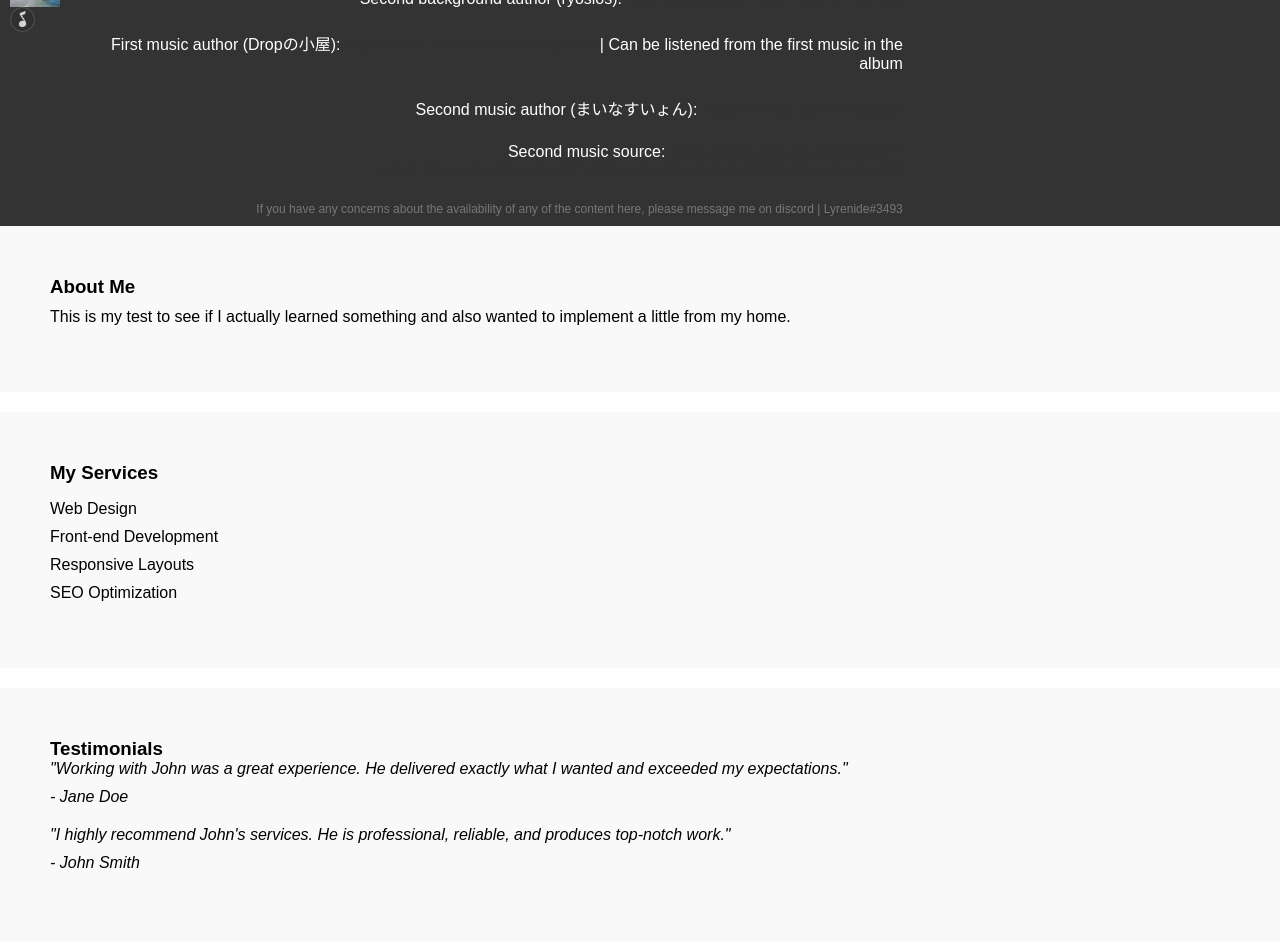
Repository: HeliosAI9/First-test-website
Page: mywebsite/index.html
The author's editor kept a copy of each file at every save. The page is drawn from the files as they stood at one save, then again after the next save.
The browser window is 1280 px wide. The pictures show the part of the page from y = 1156 to 2108 px (the page is 2392 px tall before and 2144 px after).
A picture or video elsewhere on the page could not be fetched, so the positions and the page height are approximate.

Above is the page before, as saved 2023-07-03 20:30:11.
Console error: TypeError: Cannot read properties of null (reading 'addEventListener')

### mywebsite/index.html
<!DOCTYPE html>
<html lang="en">
<head>
  <meta charset="UTF-8">
  <meta http-equiv="X-UA-Compatible" content="IE=edge">
  <meta name="viewport" content="width=device-width, initial-scale=1.0">
  <title>Your Website Title</title>
  <link rel="stylesheet" href="style.css">
  <script src="first.js"></script>
</head>
<body>
  <section class="hero">
    <h1 class="hero-title">Puerto Rico Website</h1>
    <p class="hero-subtitle">Discover the Best of Web Development</p>
    <a href="#" class="hero-button">Get Started</a>
  </section>

  <div class="backgroundContainer">
    <video id="background" autoplay loop>
        <source src="resources/pexels-deeana-arts-14620689 (1440p).mp4" type="video/mp4">
    </video>

    <audio id="backgroundMusic" class="bgm" src="resources/touhouBackgroundMusicMixed.mp3" loop onclick="audioController()"></audio>
  </div>

  <div class="headerBar">
    <div class="leftBarContainer">
        <a class="logoContainer" href=".">
          <div class="logoHakurei">
            Viequez
          </div>
          <div class="logoImageContainer">
            <img class="logoImage" src="resources/pexels-jo-kassis-4633495.jpg" alt="Logo">
          </div>
        </a>
        <img id="audioController" src="resources/audioControllerOn.png" onclick="audioController(); imageChange();" />
    </div>
    <div class="sourceContainer">
      <button class="link" onclick="showOrHide()">Sources</button>
      <div class="dropdownContent">
        <div class="aboutCopyright">
          aboutCopyright
        </div>
      </div>
      <br>
      <div class="sourceC">First background author (MerlimAmbrosuis): <a class="sourcesLink" href="https://www.pixiv.net/en/users/25088958/illustrations" target="_blank">https://www.pixiv.net/en/users/25088958/illustrations</a></div>
      <br>
      <div class="sourceC">First background source: <a class="sourcesLink" href="https://www.youtube.com/watch?v=7zG87aNNf20&list=PL_mGxmgVfH1ORtai56pXbkWdlfRjcl1K2&index=21" target="_blank">https://www.youtube.com/watch?v=7zG87aNNf20&list=PL_mGxmgVfH1ORtai56pXbkWdlfRjcl1K2&index=21</a> | Channel that primarily uploads open source animated backgrounds</div>
      <br>
      <div class="sourceC">"Reimu be sweepin" author (ryosios): <a class="sourcesLink" href="https://www.pixiv.net/en/users/1508165" target="_blank">https://www.pixiv.net/en/users/1508165</a> | His art can be used if it isn't for commercial purposes and is credited appropriately.</div>
      <br>
      <div class="sourceC">Second background author (ryosios): <a class="sourcesLink" href="https://www.pixiv.net/en/users/1508165" target="_blank">https://www.pixiv.net/en/users/1508165</a></div>
      <br>
      <div class="sourceC">First music author (Dropの小屋): <a class="sourcesLink" href="https://www.muxiv.net/artist/159840" target="_blank">https://www.muxiv.net/artist/159840</a> | Can be listened from the first music in the album</div>
      <br>
      <div class="sourceC">Second music author (まいなすいょん): <a class="sourcesLink" href="https://twitter.com/minusiyon" target="_blank">https://twitter.com/minusiyon</a></div>
      <br>
      <div class="sourceC">Second music source: <a class="sourcesLink" href="https://www.youtube.com/watch?v=kUH6dLxa4xo&list=PLzjkiYUjXueukuu7iUy5lPCueWz8a7Tpg&index=23" target="_blank">https://www.youtube.com/watch?v=kUH6dLxa4xo&list=PLzjkiYUjXueukuu7iUy5lPCueWz8a7Tpg&index=23</a></div>
      <br>
      <div class="dm">If you have any concerns about the availability of any of the content here, please message me on discord | Lyrenide#3493</div>
    </div>
    <div class="rightBarContainer">
      <div class="rightBarStuff">
        <a class="pexels-caleb-oquendo-2927993" href="#">About</a>
        <img class="pexels-cristian-13554463" src="resources/audioControllerOn.png">
        <a class="pexels-deeana-arts-14620689" href="#">Characters</a>
        <img class="pexels-jo-kassis-4633495" src="resources/pexels-jo-kassis-4633495.jpg">
        <a class="pexels-diego-f-parra-15305871" href="#">FAQ</a>
        <img class="pexels-caleb-oquendo-3010317" src="resources/pexels-samuel-sweet-6269765.jpg">
        <a class="produces" href="#">Contact</a>
        <div class="please">
          <div class="pexels-samuel-sweet-6269765"></div>
        </div>
      </div>
    </div>
  </div>

  <div class="layer1">
    <h3>About Me</h3>
    <p>This is my test to see if I actually learned something and also wanted to implement a little from my home.</p>
  </div>

  <div class="layer2">
    <h3>My Services</h3>
    <ul>
      <li>Web Design</li>
      <li>Front-end Development</li>
      <li>Responsive Layouts</li>
      <li>SEO Optimization</li>
    </ul>
  </div>

  <div class="layer3">
    <h3>Testimonials</h3>
    <div class="testimonial">
      <p>"Working with John was a great experience. He delivered exactly what I wanted and exceeded my expectations."</p>
      <p>- Jane Doe</p>
    </div>
    <div class="testimonial">
      <p>"I highly recommend John's services. He is professional, reliable, and produces top-notch work."</p>
      <p>- John Smith</p>
    </div>
  </div>

  <div class="layer4">
    <h3>Contact Me</h3>
    <form>
      <label for="name">Name:</label>
      <input type="text" id="name" name="name" required>

      <label for="email">Email:</label>
      <input type="email" id="email" name="email" required>

      <label for="message">Message:</label>
      <textarea id="message" name="message" required></textarea>

      <button type="submit">Send Message</button>
    </form>
  </div>

  <div class="footerLayer">
    <p>&copy; 2023 My Website. All rights reserved.</p>
  </div>

  <script src="first.js"></script>
</body>
</html>

### mywebsite/style.css
/* Global Styles */

body {
  margin: 0;
  padding: 0;
  font-family: Arial, sans-serif;
}

.container {
  max-width: 1200px;
  margin: 0 auto;
  padding: 20px;
}

/* Header Section */

.hero {
  background-color: #333;
  color: #fff;
  text-align: center;
  padding: 50px 0;
}

.hero-title {
  font-size: 48px;
  margin: 0;
}

.hero-subtitle {
  font-size: 24px;
  margin: 20px 0;
}

.hero-button {
  display: inline-block;
  padding: 10px 20px;
  background-color: #fff;
  color: #333;
  text-decoration: none;
  font-weight: bold;
  border-radius: 5px;
}

/* Background Video */

.backgroundContainer {
  position: relative;
}

#background {
  width: 100%;
  height: auto;
}

.bgm {
  position: absolute;
  top: 10px;
  right: 10px;
  cursor: pointer;
}

/* Header Bar */

.headerBar {
  background-color: #333;
  color: #fff;
  padding: 10px;
  display: flex;
  align-items: center;
  justify-content: space-between;
}

.logocontainer {
  display: flex;
  align-items: center;
  text-decoration: none;
  color: #fff;
}

.logoImageContainer {
  width: 50px;
  height: 50px;
  overflow: hidden;
  margin-right: 10px;
}

.logoImage {
  width: 100%;
  height: auto;
}

#audioController {
  width: 25px;
  height: 25px;
  cursor: pointer;
}

.sourceContainer {
  text-align: right;
  margin-right: 10px;
}

.link {
  background-color: transparent;
  border: none;
  color: #fff;
  cursor: pointer;
}

.dropdowncontent {
  display: none;
  position: absolute;
  background-color: #f9f9f9;
  min-width: 150px;
  padding: 10px;
  z-index: 1;
}

.sourceC {
  margin-bottom: 5px;
}

.sourcesLink {
  color: #333;
  text-decoration: none;
}

.dm {
  font-size: 12px;
  color: #777;
}

/* Right Bar */

.rightBarContainer {
  display: flex;
  align-items: center;
}

.rightBarStuff {
  display: flex;
  align-items: center;
  margin-right: 10px;
}

.pexels-caleb-oquendo-2927993,
.pexels-deeana-arts-14620689,
.pexels-diego-f-parra-15305871,
.produces {
  margin-right: 10px;
  color: #fff;
  text-decoration: none;
}

.pexels-cristian-13554463,
.pexels-jo-kassis-4633495,
.pexels-caleb-oquendo-3010317,
.pexels-samuel-sweet-6269765 {
  width: 25px;
  height: 25px;
}

/* Main Content Sections */

.layer1,
.layer2,
.layer3,
.layer4 {
  background-color: #f9f9f9;
  padding: 50px;
  margin-bottom: 20px;
}

h3 {
  margin: 0;
}

.layer1 p {
  margin-top: 10px;
}

.layer2 ul {
  list-style-type: none;
  padding: 0;
}

.layer2 li {
  margin-bottom: 10px;
}

.testimonial {
  margin-bottom: 20px;
}

.testimonial p {
  font-style: italic;
  margin: 0;
}

.testimonial p:last-child {
  margin-top: 10px;
}

/* Footer Section */

.footerLayer {
  background-color: #333;
  color: #fff;
  text-align: center;
  padding: 20px;
}

### mywebsite/first.js
const audio = document.getElementById("backgroundMusic");

const audioQuery = document.querySelector("audio");
window.addEventListener("DOMContentLoaded", event => {
  audioQuery.volume = 1;
  audioQuery.play();
});

function audioController() {
  if (!audio.paused) {
    audio.pause();
  } else {
    audio.play();
  }
}

let imageTracker = "i";
function imageChange() {
  const image = document.getElementById("audioController");

  if (imageTracker === "i") {
    image.src = "resources/audioControllerOff.png";
    imageTracker = "I";
  } else {
    image.src = "resources/audioControllerOn.png";
    imageTracker = "i";
  }
}

const menuBtn = document.querySelector('.menuHamburger');
let menuOpen = false;
menuBtn.addEventListener('click', () => {
  if (!menuOpen) {
    menuBtn.classList.add('open');
    menuOpen = true;
  } else {
    menuBtn.classList.remove('open');
    menuOpen = false;
  }
});

const list = document.querySelector('.rightBarStuff');
menuBtn.addEventListener('click', () => {
  list.classList.toggle('show');
});

const dropdownContent = document.querySelector(".dropdownContent");
function showDropdown() {
  dropdownContent.style.display = "flex";
}

function hideDropdown() {
  dropdownContent.style.display = "none";
}

function toggleDropdown() {
  if (dropdownContent.style.display === "none") {
    showDropdown();
  } else {
    hideDropdown();
  }
}

After the next save:
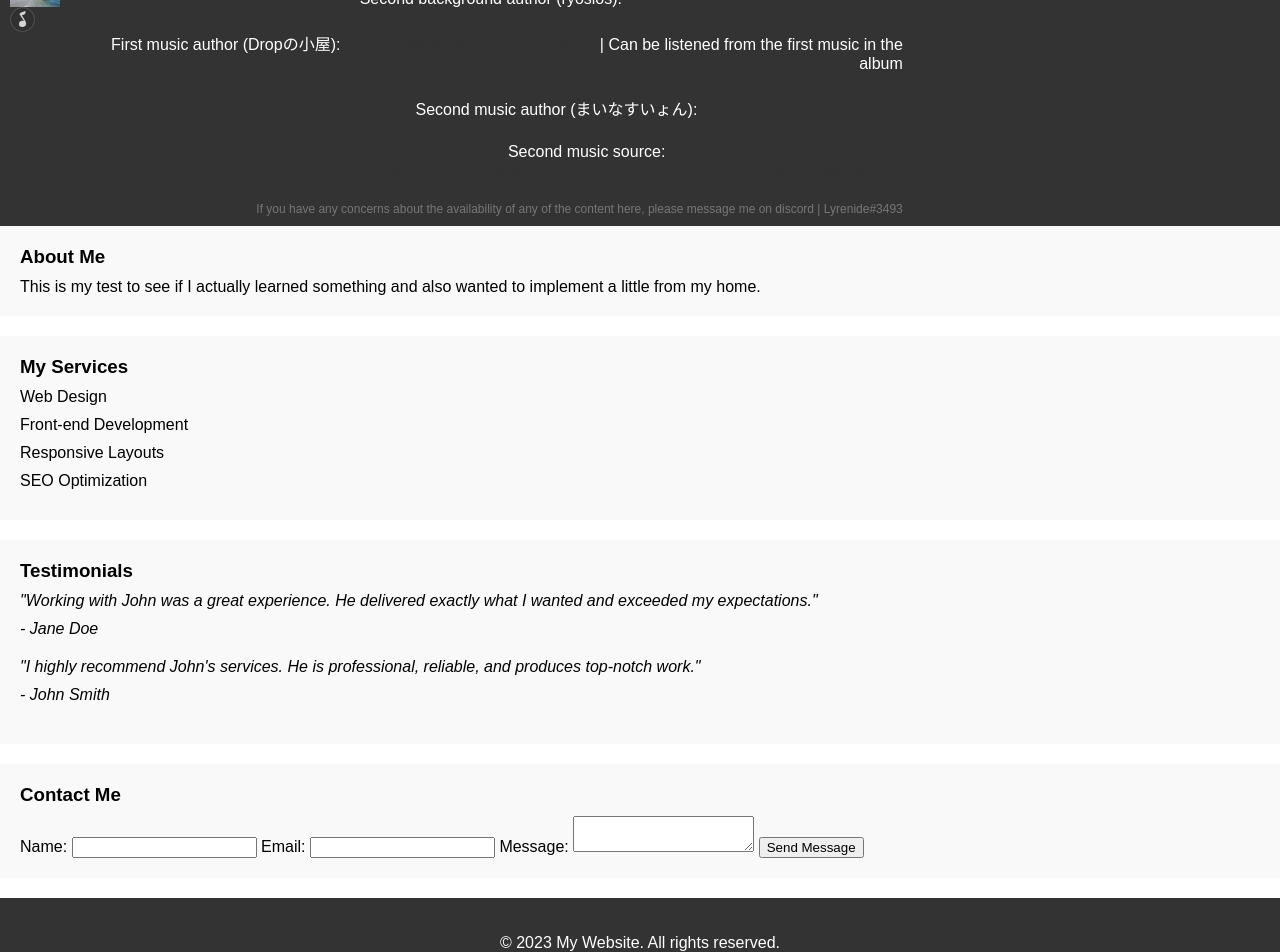
Saved 2 min 46 s later.
--- a/mywebsite/style.css
+++ b/mywebsite/style.css
@@ -167,21 +167,22 @@ body {
 .layer3,
 .layer4 {
   background-color: #f9f9f9;
-  padding: 50px;
+  padding: 20px;
   margin-bottom: 20px;
 }
 
 h3 {
-  margin: 0;
+  margin: 0 0 10px;
 }
 
 .layer1 p {
-  margin-top: 10px;
+  margin: 0;
 }
 
 .layer2 ul {
   list-style-type: none;
   padding: 0;
+  margin: 0;
 }
 
 .layer2 li {
